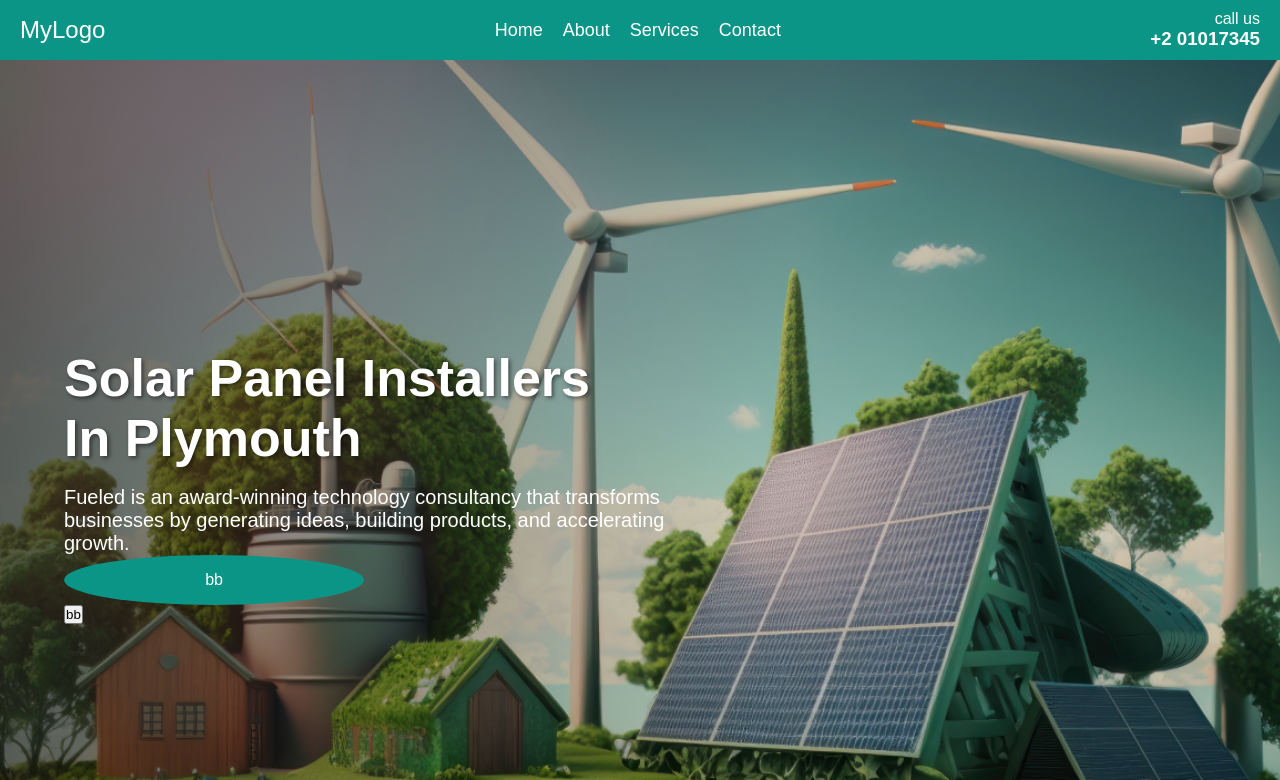
Repository: MaramNabil872/Landing-Page
Page: landingPage.html
An editor plug-in stored every save of this project. The page is shown before and after the next save, followed by the edit.
The browser window is 1280 px wide. The pictures show the whole page.

Above is the page before, as saved 2024-10-20 20:38:43.

### landingPage.html
<!DOCTYPE html>
<html lang="en">
    <head>
        <meta charset="UTF-8" />
        <meta name="viewport" content="width=device-width, initial-scale=1.0" />
        <title>Landing Page</title>
        <link rel="stylesheet" href="landingPage.css" />
    </head>
    <body>
        <nav class="navbar">
            <div class="logo">MyLogo</div>

            <ul class="nav-links">
                <li><a href="#home">Home</a></li>
                <li><a href="#about">About</a></li>
                <li><a href="#services">Services</a></li>
                <li><a href="#contact">Contact</a></li>
            </ul>
            <div class="call">
                <p>call us</p>
                <h3>+2 01017345</h3>
            </div>
        </nav>

        <div class="image-container">
            <img
                src="images/solar-panels-meadow 1.png"
                alt="Background Image"
                class="background-image"
            />
            <div class="main-text">
                <h2 class="text-wallpaper">
                    Solar Panel Installers <br />
                    In Plymouth
                </h2>
                <br />
                <p class="text-paragraph">
                    Fueled is an award-winning technology consultancy that
                    transforms <br />
                    businesses by generating ideas, building products, and
                    accelerating<br />
                    growth.
                </p>
                <div class="button-container">
                <button class="button-wallpaper1">bb</button>
                <button class="button-wallpaper2">bb</button>
            </div>
            </div>
        </div>
    </body>
</html>

### landingPage.css
* {
    margin: 0;
    padding: 0;
    box-sizing: border-box; /* Added for consistent sizing */
}

body {
    font-family: Arial, sans-serif;
}

.navbar {
    background-color: #0b9586;
    display: flex;
    justify-content: space-between;
    align-items: center;
    padding: 10px 20px;
    position: relative;
    flex-wrap: wrap; /* Allow items to wrap on smaller screens */
}

.logo {
    color: #fff;
    font-size: 24px;
}

.nav-links {
    list-style: none;
    display: flex;
    flex-wrap: wrap; /* Allow links to wrap on smaller screens */
}

.nav-links li {
    margin-left: 20px;
}

.nav-links a {
    text-decoration: none;
    color: white;
    font-size: 18px;
    transition: color 0.3s;
}

.nav-links a:hover {
    color: #f0a500;
}

.call {
    color: #fff;
    text-align: right; /* Align text to the right */
}

.image-container {
    position: relative;
    width: 100%;
    height: 100vh; /* Full screen height */
    overflow: hidden; /* Hide overflow */
}

.background-image {
    width: 100%;
    height: 100%;
    object-fit: cover; /* Ensure the image covers the entire container */
}
.main-text{
    position: absolute;
    top: 40%;
    left:5%;
}
.text-wallpaper {


    color: white;
    font-size: 52px;
    font-weight: bold;
    text-shadow: 2px 2px 4px rgba(0, 0, 0, 0.5);
}
.text-paragraph{
    color: white;
    font-size:  20px;

}
.button-container{
    display: inline;
}
.button-wallpaper1 {
    background-color: #0b9586; /* Background color */
    color: white; /* Text color */
    border: none; /* No border */
    border-radius: 50%; /* Make it round */
    width: 50%; /* Width of the button */
    height: 50px; /* Height of the button */
    font-size: 16px; /* Font size */
    cursor: pointer; /* Change cursor to pointer on hover */
    display: flex; /* Use flexbox to center text */
    align-items: center; /* Center vertically */
    justify-content: center; /* Center horizontally */
    transition: background-color 0.3s; /* Smooth background color change */
}

.button-wallpaper1:hover {
    background-color: #f0a500; /* Change background color on hover */
}
/* Media Queries for Responsiveness */
@media (max-width: 768px) {
    .navbar {
        flex-direction: column; /* Stack items vertically */
        align-items: flex-start; /* Align items to the left */
    }

    .nav-links {
        margin-top: 10px; /* Space between navbar and links */
    }

    .nav-links li {
        margin-left: 0;
        margin-bottom: 10px; /* Space between links */
    }

    .text-overlay {
        font-size: 1.5rem; /* Smaller text size for mobile */
    }
}

@media (max-width: 480px) {
    .text-overlay {
        font-size: 1.2rem; /* Even smaller text size for very small screens */
    }

    .call h3 {
        font-size: 1.2rem; /* Adjust call size for small screens */
    }
}

After the next save:
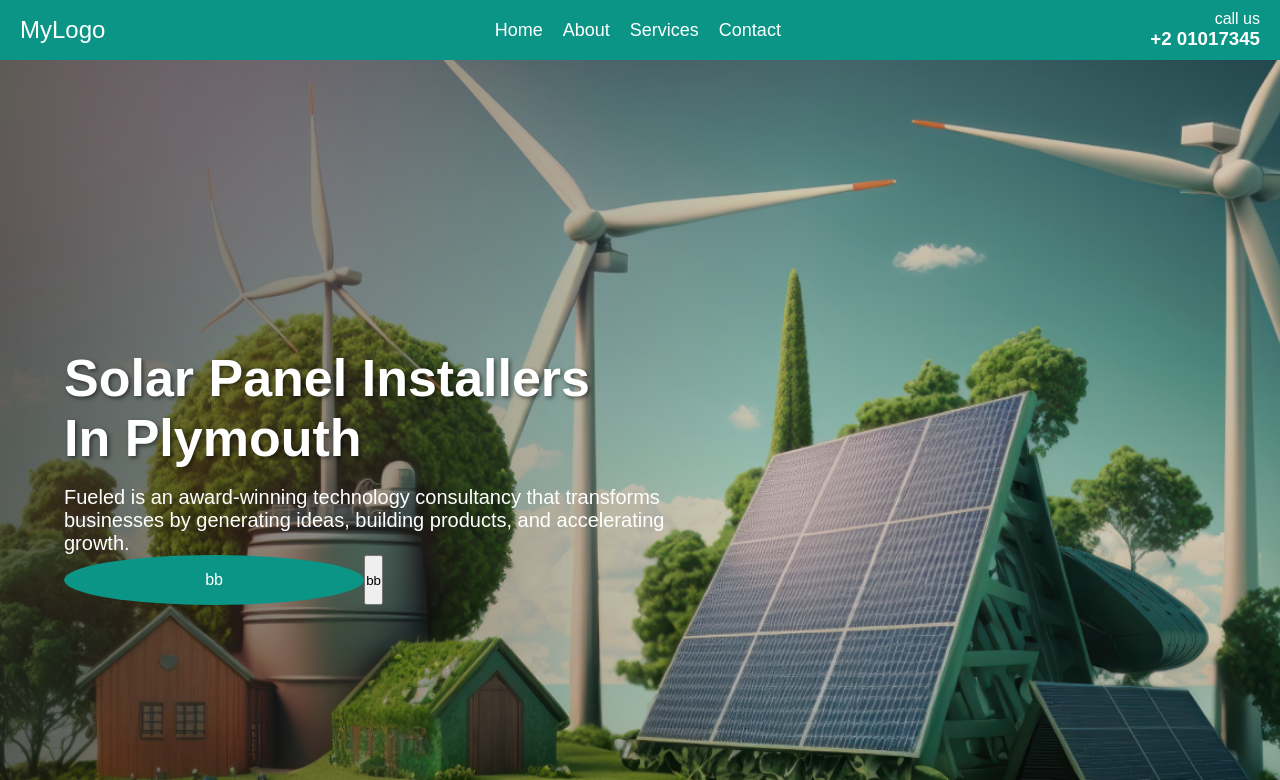
Saved 5 s later.
--- a/landingPage.css
+++ b/landingPage.css
@@ -80,7 +80,7 @@ body {
 
 }
 .button-container{
-    display: inline;
+    display: flex;
 }
 .button-wallpaper1 {
     background-color: #0b9586; /* Background color */
